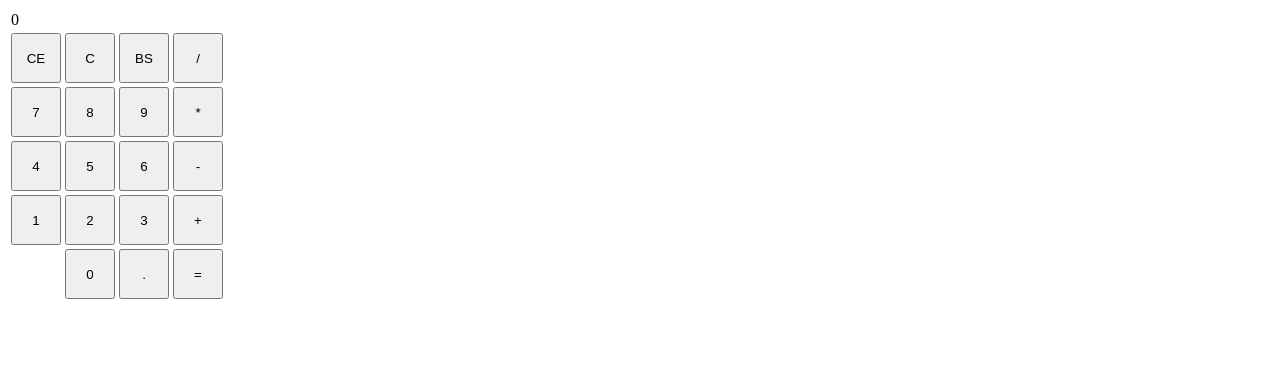
Repository: jocod98/servlet-jsp
Page: JSPPrj/src/main/webapps/calc3.html
These files come from the project's save history. The page is drawn as it stood at one moment and after a run of saves; the edit follows.
The browser window is 1280 px wide. The pictures show the whole page.

Above is the page before, as saved 2023-01-10 08:44:18.

### JSPPrj/src/main/webapps/calc3.html
<!DOCTYPE html>
<html>
<head>
<meta charset="UTF-8">
<title>Insert title here</title>
<style>
input {
width :50px;
height: 50px;}
</style>
</head>
<body>
<div>
	<form action = "calc3" method = "post">
	<table>
		<tr>
			<td colspan = "4">0</td>
		</tr>
		<tr>
			<td><input type = "submit" name = "operator" value ="CE" /> </td>
			<td><input type = "submit" name = "operator" value ="C" /> </td>
			<td><input type = "submit" name = "operator" value ="BS" /> </td>
			<td><input type = "submit" name = "operator" value ="/" /> </td>
		</tr>
		<tr>
			<td><input type = "submit" name = "operator" value ="7" /> </td>
			<td><input type = "submit" name = "operator" value ="8" /> </td>
			<td><input type = "submit" name = "operator" value ="9" /> </td>
			<td><input type = "submit" name = "operator" value ="*" /> </td>
		</tr>
		<tr>
			<td><input type = "submit" name = "operator" value ="4" /> </td>
			<td><input type = "submit" name = "operator" value ="5" /> </td>
			<td><input type = "submit" name = "operator" value ="6" /> </td>
			<td><input type = "submit" name = "operator" value ="-" /> </td>
		</tr>
		<tr>
			<td><input type = "submit" name = "operator" value ="1" /> </td>
			<td><input type = "submit" name = "operator" value ="2" /> </td>
			<td><input type = "submit" name = "operator" value ="3" /> </td>
			<td><input type = "submit" name = "operator" value ="+" /> </td>
		</tr>
		<tr>
			<td></td>
			<td><input type = "submit" name = "operator" value ="0" /> </td>
			<td><input type = "submit" name = "operator" value ="." /> </td>
			<td><input type = "submit" name = "operator" value ="=" /> </td>
		</tr>

	</table>

	</form>
</div>
</body>
</html>

After the next 2 saves:
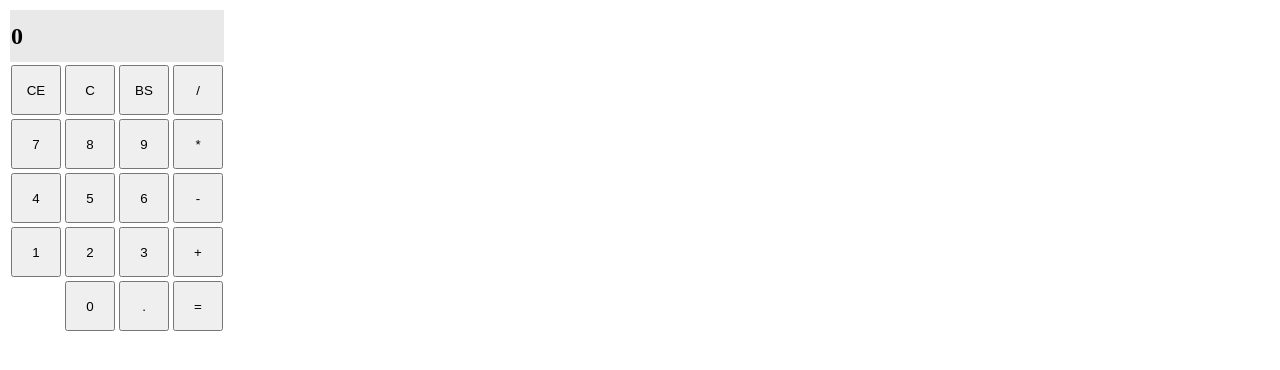
The 2 saves are shown as one change because they came seconds apart.
The last was saved 65 s later.
--- a/JSPPrj/src/main/webapps/calc3.html
+++ b/JSPPrj/src/main/webapps/calc3.html
@@ -7,6 +7,12 @@
 input {
 width :50px;
 height: 50px;}
+.output {
+	height:50px;
+	background: #e9e9e9;
+	font-size:24px;
+	font-weight:bold;
+}
 </style>
 </head>
 <body>
@@ -14,7 +20,7 @@ height: 50px;}
 	<form action = "calc3" method = "post">
 	<table>
 		<tr>
-			<td colspan = "4">0</td>
+			<td class = "output" colspan = "4">0</td>
 		</tr>
 		<tr>
 			<td><input type = "submit" name = "operator" value ="CE" /> </td>
